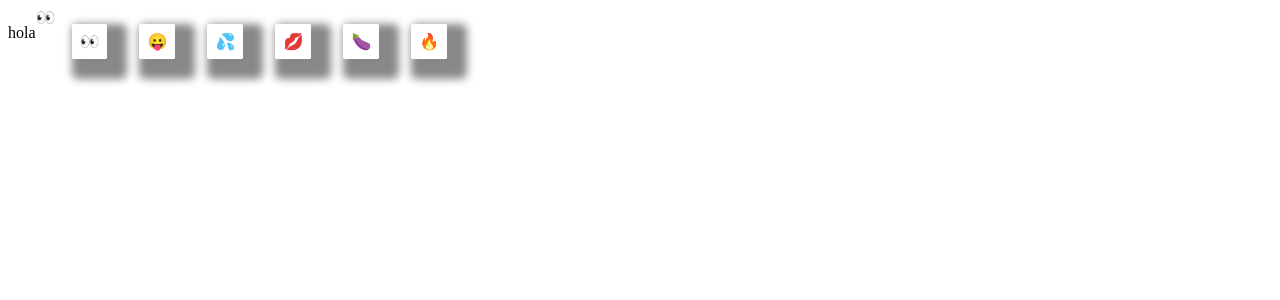
Repository: gabrielardevol/portfolio-react
Page: javascript_domestika/exercici_memory/exercici/html.html
The author's editor kept a copy of each file at every save. The page is drawn from the files as they stood at one save, then again after the next save.
The browser window is 1280 px wide. The pictures show the whole page.

Above is the page before, as saved 2022-12-21 13:13:14.

### javascript_domestika/exercici_memory/exercici/html.html
<head>
  <meta charset="utf-8">
  <style>
  .carta {
    background-color: rgb(255, 255, 255);
    width: fit-content;
    margin: 1em;
    padding: 0.5em;
    border-radius: 0.1em;
    box-shadow: 10px 10px 8px 10px #888888;
  }
  #mesa {
    display: flex;
  }
  </style>
</head>
<body>
  <div id="mesa"></div>

  <script src="js.js">
  </script>
</body>

### javascript_domestika/exercici_memory/exercici/js.js
function saludar(){
  alert("hola")
}
saludar()

/////////////////////////////

array = ["👀","😛","💦","💋","🍆","🔥"]

array.forEach(function(elemento, índice) {
  console.log(elemento, índice);
})

////////////////////////////

var mesa = document.querySelector("#mesa");
//console.log(mesa)
mesa.innerHTML = "<p> hola </p>"
div = document.createElement("div")
div.innerHTML = "👀"
//console.log(div)
mesa.appendChild(div)

////////////////////////////

array.forEach(function(elemento, índice) {
  div = document.createElement("div") ;
  div.innerHTML =
  "<div class='carta'>" +
  elemento +
  "</div>"
  //aquí es copiaria la classe, etc
  mesa.appendChild(div) ;
})

// per a duplicar el nombre de targetes, concatenar l'array amb sí mateix

After the next save:
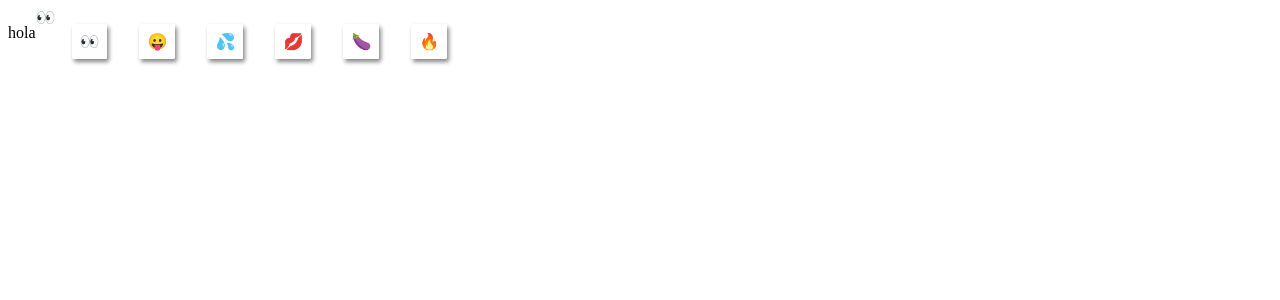
Saved 67 s later.
--- a/javascript_domestika/exercici_memory/exercici/html.html
+++ b/javascript_domestika/exercici_memory/exercici/html.html
@@ -7,7 +7,7 @@
     margin: 1em;
     padding: 0.5em;
     border-radius: 0.1em;
-    box-shadow: 10px 10px 8px 10px #888888;
+    box-shadow: 2px 3px 4px 0px #888888;
   }
   #mesa {
     display: flex;
